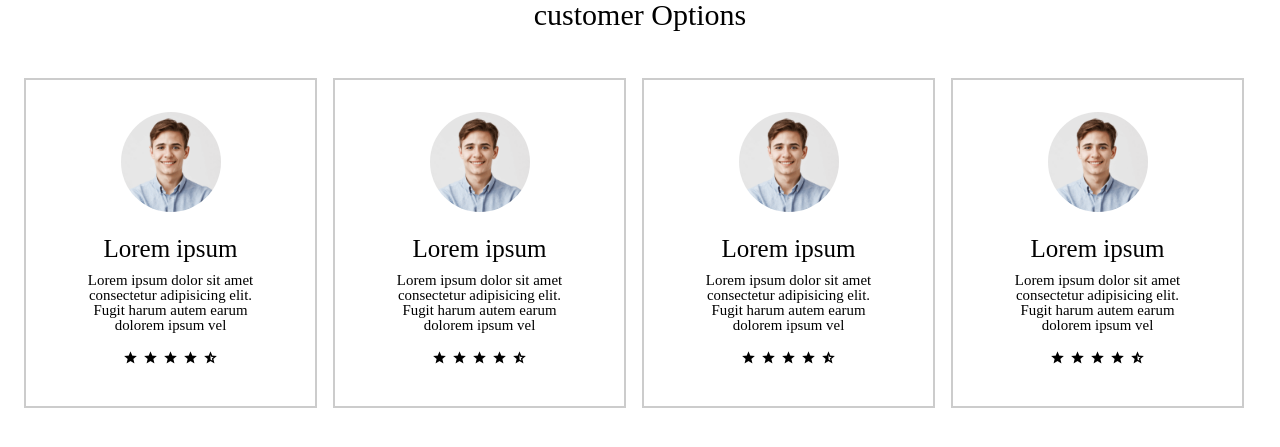
Repository: dinhhaidh/slider-3
Page: index.html
The author's editor kept a copy of each file at every save. The page is drawn from the files as they stood at one save, then again after the next save.
The browser window is 1280 px wide. The pictures show the whole page.

Above is the page before, as saved 2024-03-22 21:08:39.

### index.html
<!DOCTYPE html>
<html lang="en">
<head>
    <meta charset="UTF-8">
    <meta name="viewport" content="width=device-width, initial-scale=1.0">
    <title>Document</title>
    <link rel="stylesheet" href="https://cdnjs.cloudflare.com/ajax/libs/remixicon/4.2.0/remixicon.min.css">

    <link rel="stylesheet" href="./css/swiper-bundle.min.css">

    <link rel="stylesheet" href="./css/style.css">

</head>
<body>
    <div class="customer">
        <h3 class="customer__title">customer Options</h3>
        <div class="customer__container container">
            <div class="customer__swiper swiper">
                <div class="swiper-wrapper">
                    <article class="customer__article swiper-slide">
                        <img src="./img1.png" alt="image" class="customer__img">

                        <h2 class="customer__heading">Lorem ipsum</h2>
                        <p>
                            Lorem ipsum dolor sit amet consectetur adipisicing elit. Fugit harum autem earum dolorem ipsum vel
                        </p>
                        <div class="customer__star">
                            <i class="ri-star-s-fill"></i>
                            <i class="ri-star-s-fill"></i>
                            <i class="ri-star-s-fill"></i>
                            <i class="ri-star-s-fill"></i>
                            <i class="ri-star-half-s-line"></i>
                        </div>
                    </article>
                    <article class="customer__article swiper-slide">
                        <img src="./img1.png" alt="image" class="customer__img">

                        <h2 class="customer__heading">Lorem ipsum</h2>
                        <p>
                            Lorem ipsum dolor sit amet consectetur adipisicing elit. Fugit harum autem earum dolorem ipsum vel
                        </p>

                        <div class="customer__star">
                            <i class="ri-star-s-fill"></i>
                            <i class="ri-star-s-fill"></i>
                            <i class="ri-star-s-fill"></i>
                            <i class="ri-star-s-fill"></i>
                            <i class="ri-star-half-s-line"></i>
                        </div>
                    </article>

                    <article class="customer__article swiper-slide">
                        <img src="./img1.png" alt="image" class="customer__img">

                        <h2 class="customer__heading">Lorem ipsum</h2>
                        <p>
                            Lorem ipsum dolor sit amet consectetur adipisicing elit. Fugit harum autem earum dolorem ipsum vel
                        </p>

                        <div class="customer__star">
                            <i class="ri-star-s-fill"></i>
                            <i class="ri-star-s-fill"></i>
                            <i class="ri-star-s-fill"></i>
                            <i class="ri-star-s-fill"></i>
                            <i class="ri-star-half-s-line"></i>
                        </div>
                    </article>
                </div>
            </div>
            <!-- If we need pagination -->
            <div class="swiper-pagination"></div>
        </div>
    </div>


    <script src="./js/swiper-bundle.min.js"></script>
    <script src="./js/app.js"></script>
</body>
</html>

### css/style.css
*,
*:before,
*:after {
  box-sizing: border-box;
}
* {
  margin: 0;
  padding: 0;
  font: inherit;
}
img,
picture,
svg,
video {
  display: block;
  max-width: 100%;
}
input,
select,
textarea {
  background-color: transparent;
  outline: none;
}
button {
  cursor: pointer;
  background-color: transparent;
  outline: none;
  border: 0;
}
body {
  min-height: 100vh;
  font-weight: 400;
  font-size: 16px;
  line-height: 1;
}


.container{
    max-width: 1220px;
    Margin-inline: 1.5rem;
}


.customer__title{
    text-align: center;
    margin-bottom: 3rem;
    font-size: 30px;
}

.customer__article{
  text-align: center;
    padding: 2rem 3rem 2.5rem;
    background-color: #fff;
    border: 2px solid #ccc;
    transition: border .4s, background-color .4s;
}
.customer__img{
    width: 100px;
    border-radius: 50%;
    margin: 0 auto 1.5rem;
}
.customer__heading{
  font-size: 25px;
  margin-bottom: 0.75rem;
}
.customer__article p {
    margin-bottom: 1rem;
    text-align: center;
    font-size: 0.93rem;
    color: #;
}
.customer__star{

}
.ri-star-s-fill{

}
.ri-star-half-s-line{

}

### js/app.js
// let swiperCustomer = new Swiper('.customer__swiper', {
//     loop: true,
//     spaceBetween: 16,
//     slidesPerView: 'auto',
//     centeredSlides: 'auto',

//     breakpoints: {
//         1150: {
//             slidesPerView: 3,
//             centeredSlides: false,
//         },
//     }
// });

let swiperCustomer = new Swiper('.customer__swiper', {
    loop: true,
    spaceBetween: 16,
    slidesPerView: 'auto',
    centeredSlides: 'auto',

    navigation: {
        nextEl: '.swiper-button-next',
        prevEl: '.swiper-button-prev',
    },

    breakpoints: {
        1150: {
            slidesPerView: 4,
            centeredSlides: false,
        }
    }
});

Loaded but not shown: css/swiper-bundle.min.css (library); js/swiper-bundle.min.js (library)

After the next save:
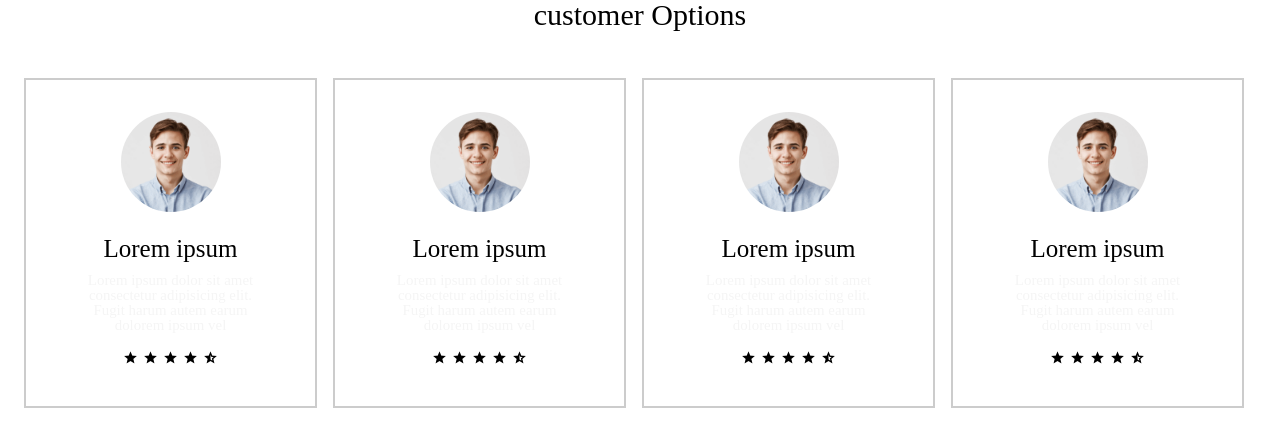
Saved 18 s later.
--- a/css/style.css
+++ b/css/style.css
@@ -67,7 +67,7 @@ body {
     margin-bottom: 1rem;
     text-align: center;
     font-size: 0.93rem;
-    color: #;
+    color: #f5f5f5;
 }
 .customer__star{
 

After the save that followed:
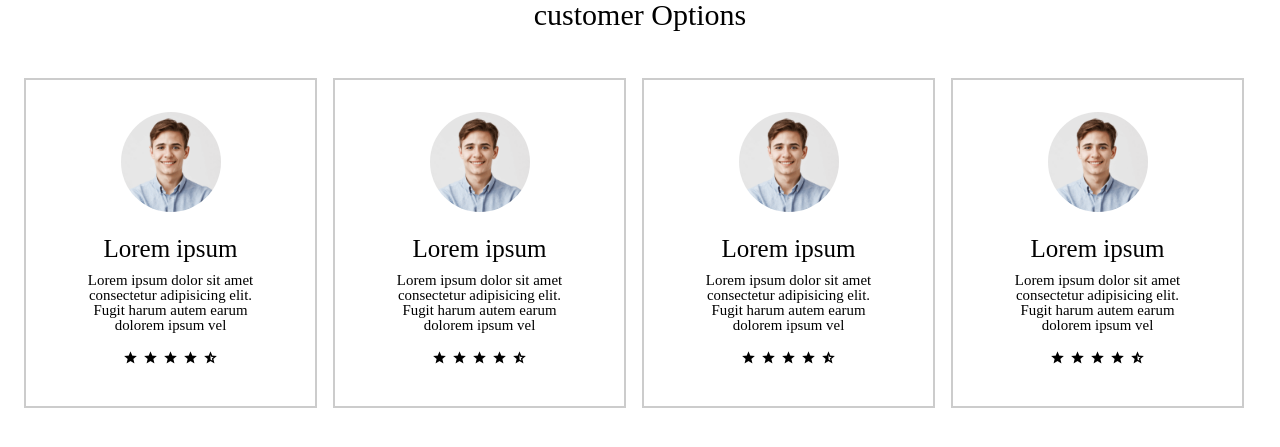
Saved 4 s later.
--- a/css/style.css
+++ b/css/style.css
@@ -67,7 +67,6 @@ body {
     margin-bottom: 1rem;
     text-align: center;
     font-size: 0.93rem;
-    color: #f5f5f5;
 }
 .customer__star{
 
